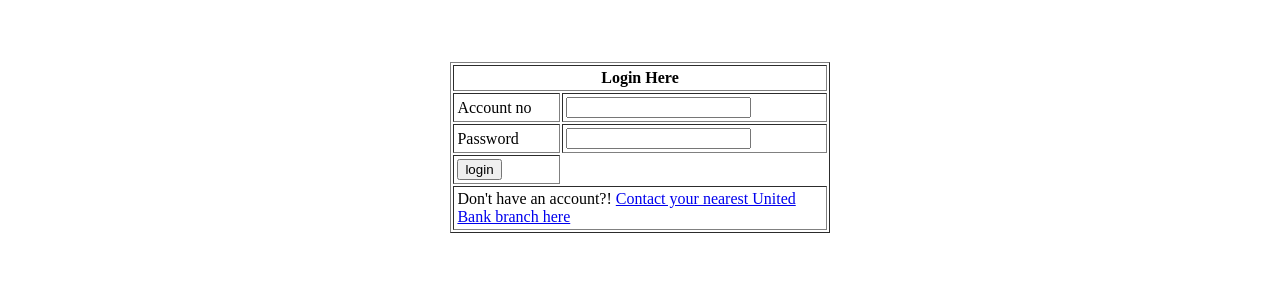
Repository: ameena017/bank-app
Page: http://localhost/banking-app/login.jsp
An editor plug-in stored every save of this project. The page is shown before and after the next save, followed by the edit.
The browser window is 1280 px wide. The pictures show the whole page.
The page is served by Tomcat 9. Nobody is signed in. The application's start-up code is not run. Other server files are loaded and not shown.

Above is the page before, as saved 2017-09-18 11:55:38.

### banking-app/WebContent/login.jsp

<%@page contentType="text/html" pageEncoding="UTF-8"%>
<!DOCTYPE html>
<html>
    <head>
        <meta http-equiv="Content-Type" content="text/html; charset=UTF-8">
        <title>Welcome to United Bank</title>
    </head>
    <body>
    </br>
    </br>
    </br>

        <form method="post" action="login">
            <center>
            <table border="1" width="30%" cellpadding="3">
                <thead>
                    <tr>
                        <th colspan="2">Login Here</th>
                    </tr>
                </thead>
                <tbody>
                    <tr>
                        <td>Account no</td>
                        <td><input type="text" name="acc_no" value="" /></td>
                    </tr>
                    <tr>
                        <td>Password</td>
                        <td><input type="password" name="password" value="" /></td>
                    </tr>
                    <tr>
                       <center> <td><input type="submit" value="login" /></td></center>
                       <!--  <td><input type="reset" value="Reset" /></td> -->
                    </tr>
                    <tr>
                        <td colspan="2">Don't have an account?! <a href="reg.jsp">Contact your nearest United Bank branch here</a></td>
                    </tr>
                </tbody>
            </table>
            </center>
        </form>
    </body>
</html>

After the next save:
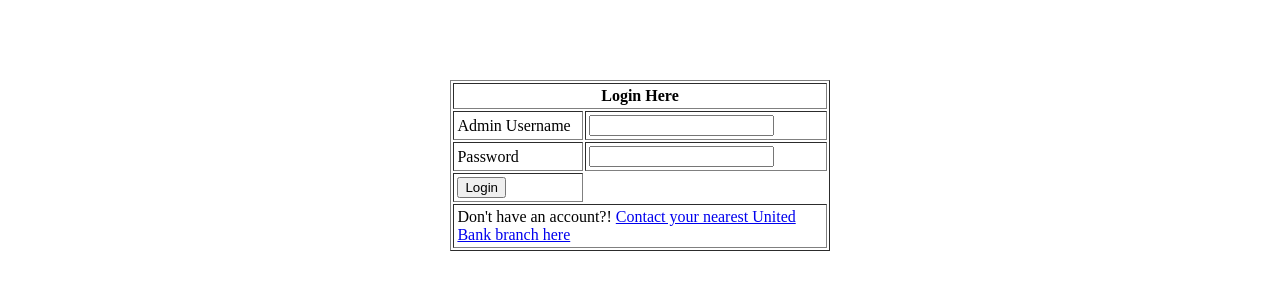
Saved 97 s later.
--- a/banking-app/WebContent/login.jsp
+++ b/banking-app/WebContent/login.jsp
@@ -21,7 +21,7 @@
                 </thead>
                 <tbody>
                     <tr>
-                        <td>Account no</td>
+                        <td>Admin Username</td>
                         <td><input type="text" name="acc_no" value="" /></td>
                     </tr>
                     <tr>
@@ -29,7 +29,7 @@
                         <td><input type="password" name="password" value="" /></td>
                     </tr>
                     <tr>
-                       <center> <td><input type="submit" value="login" /></td></center>
+                      &nbsp; <td><input type="submit" value="Login" /></td>
                        <!--  <td><input type="reset" value="Reset" /></td> -->
                     </tr>
                     <tr>
